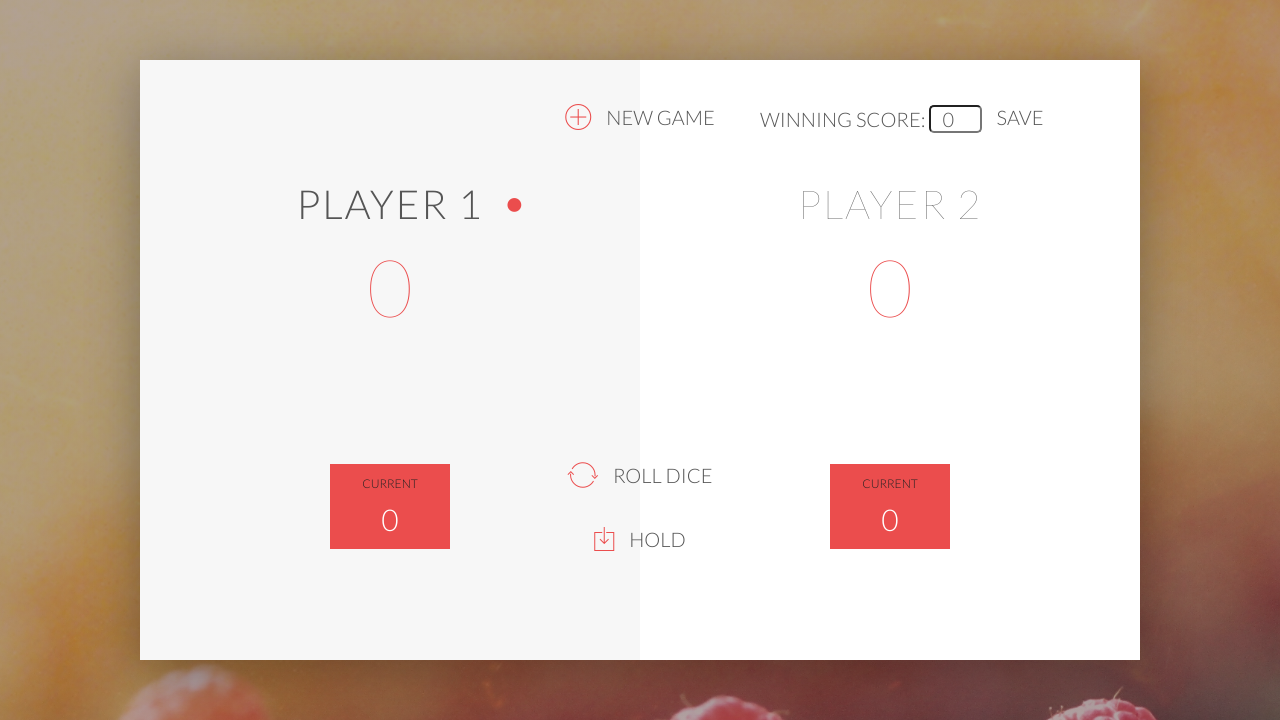
Repository: hexanek/hexanek.github.io
Page: pig-game/index.html
An editor plug-in stored every save of this project. The page is shown before and after the next save, followed by the edit.
The browser window is 1280 px wide. The pictures show the whole page.

Above is the page before, as saved 2019-12-18 21:39:55.

### pig-game/index.html
<!DOCTYPE html>
<html lang="en">
    <head>
        <meta charset="UTF-8">
        <link href="https://fonts.googleapis.com/css?family=Lato:100,300,600" rel="stylesheet" type="text/css">
        <link href="http://code.ionicframework.com/ionicons/2.0.1/css/ionicons.min.css" rel="stylesheet" type="text/css">
        <link type="text/css" rel="stylesheet" href="style.css">

        <title>Pig Game</title>
    </head>

    <body>
        <div class="wrapper clearfix">
            <div class="player-0-panel active">
                <div class="player-name" id="name-0">Player 1</div>
                <div class="player-score" id="score-0">43</div>
                <div class="player-current-box">
                    <div class="player-current-label">Current</div>
                    <div class="player-current-score" id="current-0">11</div>
                </div>
            </div>

            <div class="player-1-panel">
                <div class="player-name" id="name-1">Player 2</div>
                <div class="player-score" id="score-1">72</div>
                <div class="player-current-box">
                    <div class="player-current-label">Current</div>
                    <div class="player-current-score" id="current-1">0</div>
                </div>
            </div>

            <button class="btn-new"><i class="ion-ios-plus-outline"></i>New game</button>
            <button class="btn-roll"><i class="ion-ios-loop"></i>Roll dice</button>
            <button class="btn-hold"><i class="ion-ios-download-outline"></i>Hold</button>
            <button class="btn-save">Save</button>
            <form action="#" class="form-score">
            Winning score: <input class="input-score" type="number" name="WinningScore" id="winScore" value="100">
            </form>
            <img src="dice-5.png" alt="Dice" class="dice">
        </div>

        <script src="app.js"></script>
    </body>
</html>

### pig-game/style.css
/**********************************************
*** GENERAL
**********************************************/

* {
    margin: 0;
    padding: 0;
    box-sizing: border-box;

}

.clearfix::after {
    content: "";
    display: table;
    clear: both;
}

body {
    background-image: linear-gradient(rgba(62, 20, 20, 0.4), rgba(62, 20, 20, 0.4)), url(back.jpg);
    background-size: cover;
    background-position: center;
    font-family: Lato;
    font-weight: 300;
    position: relative;
    height: 100vh;
    color: #555;
}

.wrapper {
    width: 1000px;
    position: absolute;
    top: 50%;
    left: 50%;
    transform: translate(-50%, -50%);
    background-color: #fff;
    box-shadow: 0px 10px 50px rgba(0, 0, 0, 0.3);
    overflow: hidden;
}

.player-0-panel,
.player-1-panel {
    width: 50%;
    float: left;
    height: 600px;
    padding: 100px;
}



/**********************************************
*** PLAYERS
**********************************************/

.player-name {
    font-size: 40px;
    text-align: center;
    text-transform: uppercase;
    letter-spacing: 2px;
    font-weight: 100;
    margin-top: 20px;
    margin-bottom: 10px;
    position: relative;
}

.player-score {
    text-align: center;
    font-size: 80px;
    font-weight: 100;
    color: #EB4D4D;
    margin-bottom: 130px;
}

.active { background-color: #f7f7f7; }
.active .player-name { font-weight: 300; }

.active .player-name::after {
    content: "\2022";
    font-size: 47px;
    position: absolute;
    color: #EB4D4D;
    top: -7px;
    right: 10px;

}

.player-current-box {
    background-color: #EB4D4D;
    color: #fff;
    width: 40%;
    margin: 0 auto;
    padding: 12px;
    text-align: center;
}

.player-current-label {
    text-transform: uppercase;
    margin-bottom: 10px;
    font-size: 12px;
    color: #222;
}

.player-current-score {
    font-size: 30px;
}

button {
    position: absolute;
    width: 200px;
    left: 50%;
    transform: translateX(-50%);
    color: #555;
    background: none;
    border: none;
    font-family: Lato;
    font-size: 20px;
    text-transform: uppercase;
    cursor: pointer;
    font-weight: 300;
    transition: background-color 0.3s, color 0.3s;
}


button:hover { font-weight: 600; }
button:hover i { margin-right: 20px; }

button:focus {
    outline: none;
}

i {
    color: #EB4D4D;
    display: inline-block;
    margin-right: 15px;
    font-size: 32px;
    line-height: 1;
    vertical-align: text-top;
    margin-top: -4px;
    transition: margin 0.3s;
}

.btn-new { top: 45px;}
.btn-roll { top: 403px;}
.btn-hold { top: 467px;}
.btn-save {
    left: 88%;
    top: 45px;
}
/* .input-score {
     top: 83px;
     position: absolute;
    width: 53px;
    left: 50%;
    transform: translateX(-50%);
    color: #555;
    background: none;
    border-radius: 5px;
    font-family: Lato;
    font-size: 20px;
    text-transform: uppercase;
    cursor: default;
    font-weight: 300;
    transition: background-color 0.3s, color 0.3s;
    } */
.input:focus{
    border: 3px solid #555;
}
.form-score{
    top: 45px;
     position: absolute;
    width: 400px;
    left: 82%;
    transform: translateX(-50%);
    color: #555;
    background: none;
    border-radius: 5px;
    font-family: Lato;
    font-size: 20px;
    text-transform: uppercase;
    cursor: default;
    font-weight: 300;
    transition: background-color 0.3s, color 0.3s;
}
.form-score input {
    text-align: center;
    width: 53px;
    color: #555;
    background: none;
    border-radius: 5px;
    font-family: Lato;
    font-size: 20px;
    text-transform: uppercase;
    cursor: default;
    font-weight: 300;
    transition: background-color 0.3s, color 0.3s;
}

.dice {
    position: absolute;
    left: 50%;
    top: 178px;
    transform: translateX(-50%);
    height: 100px;
    box-shadow: 0px 10px 60px rgba(0, 0, 0, 0.10);
}

.winner { background-color: #f7f7f7; }
.winner .player-name { font-weight: 300; color: #EB4D4D; }

### pig-game/app.js

var scores, roundScore, activePlayer, gamePlaying, doubleSix;
    init();



document.querySelector('.btn-roll').addEventListener('click', function(){
    if(gamePlaying){
    var dice = Math.floor(Math.random() * 6) + 1;


    var diceDom = document.querySelector('.dice');
    diceDom.style.display = 'block';
    diceDom.src = 'dice-' + dice + '.png';

    if (dice !== 1 && doubleSix !== dice) {

        doubleSix = dice;
        roundScore += dice;
        document.querySelector('#current-' + activePlayer).textContent = roundScore;

    } else {

        nextPlayer();
        doubleSix = 0;

    }


}


});




document.querySelector('.btn-hold').addEventListener('click', function(){
    if(gamePlaying){
    scores[activePlayer] += roundScore;
    document.querySelector('#score-' + activePlayer).textContent = scores[activePlayer];
    doubleSix = 0;


    if (scores[activePlayer] >= 100) {
        document.getElementById('name-' + activePlayer).textContent = 'Winner!';
        document.querySelector('.player-'+activePlayer+ '-panel').classList.add('winner');
        document.querySelector('.player-'+activePlayer+ '-panel').classList.remove('active');
        document.querySelector('.dice').style.display = 'none';
        gamePlaying = false;


    } else {
        nextPlayer();

    }
}
});

document.querySelector('.btn-new').addEventListener('click',  init);


function nextPlayer(){
    activePlayer === 0 ? activePlayer = 1 : activePlayer = 0;
        roundScore = 0;
        document.getElementById('current-0').textContent = '0';
        document.getElementById('current-1').textContent = '0';

        document.querySelector('.player-0-panel').classList.toggle('active');
        document.querySelector('.player-1-panel').classList.toggle('active');

        document.querySelector('.dice').style.display = 'none';
}

function init(){
    scores = [0,0];
    roundScore = 0;
    activePlayer = 0;
    gamePlaying = true;

    document.querySelector('.dice').style.display = 'none';
    var cos = 0;
    //document.querySelector('#current-'+ activePlayer).textContent = dice;
    document.getElementById('score-0').textContent = '0';
    document.getElementById('score-1').textContent = '0';
    document.getElementById('current-0').textContent = '0';
    document.getElementById('current-1').textContent = '0';
    document.getElementById('name-0').textContent = 'Player 1';
    document.getElementById('name-1').textContent = 'Player 2';
    document.querySelector('.player-0-panel').classList.remove('winner');
    document.querySelector('.player-1-panel').classList.remove('winner');
    document.querySelector('.player-0-panel').classList.remove('active');
    document.querySelector('.player-1-panel').classList.remove('active');
    document.querySelector('.player-0-panel').classList.add('active');
    document.getElementById('winScore').value = cos;
    console.log(cos);



}

After the next save:
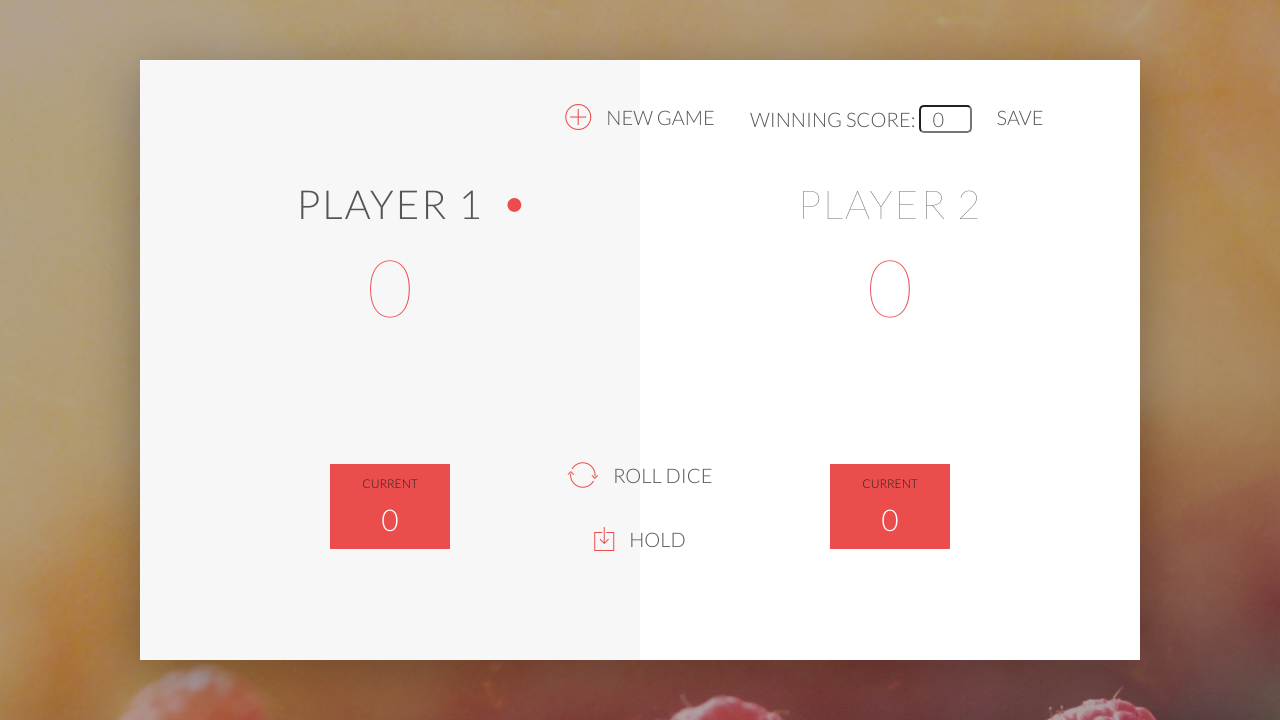
Saved 85 s later.
--- a/pig-game/style.css
+++ b/pig-game/style.css
@@ -167,8 +167,8 @@ i {
 .form-score{
     top: 45px;
      position: absolute;
-    width: 400px;
-    left: 82%;
+    width: 240px;
+    left: 73%;
     transform: translateX(-50%);
     color: #555;
     background: none;
